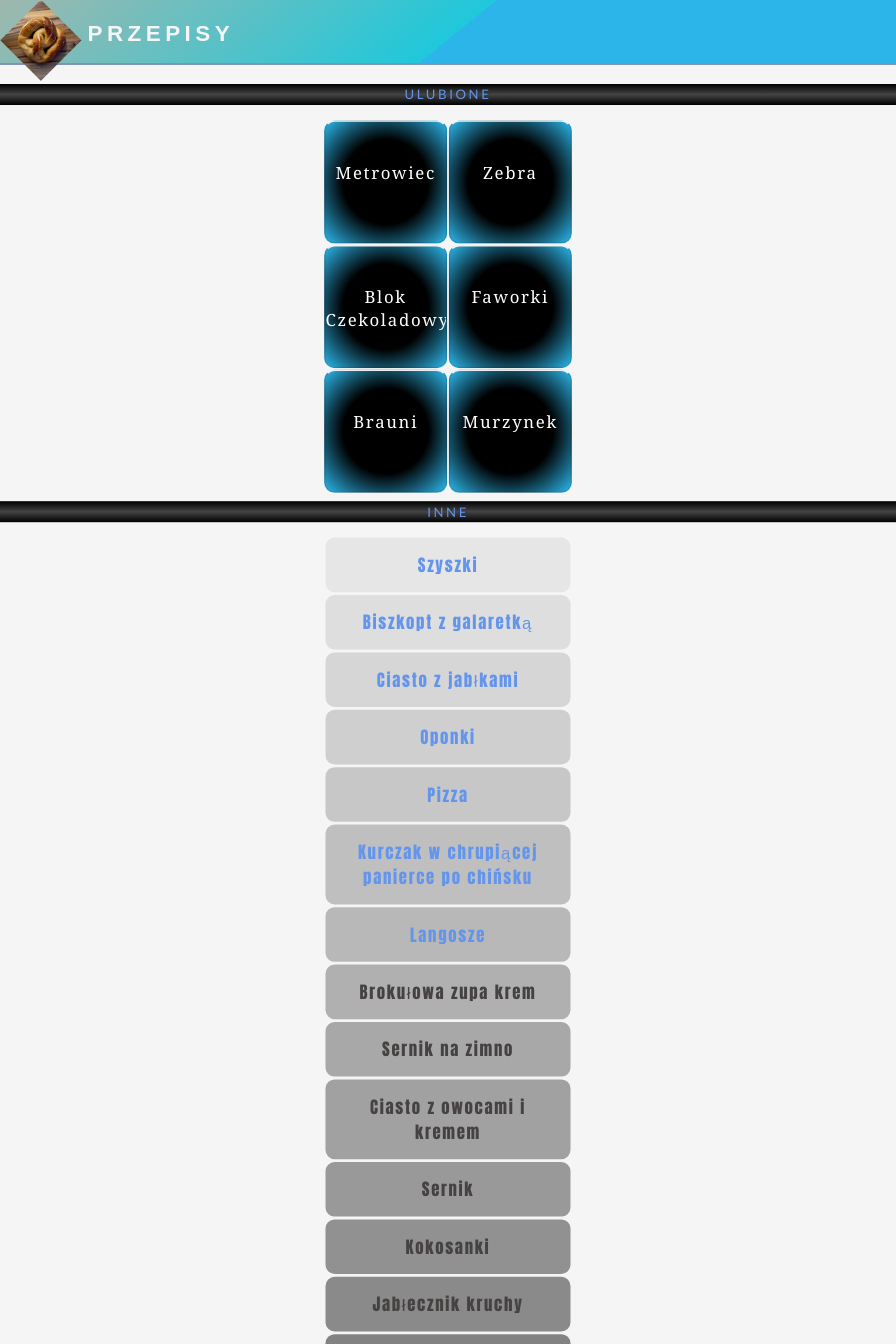
Repository: yaoayh/przepisy
Page: index.html
The author's editor kept a copy of each file at every save. The page is drawn from the files as they stood at one save, then again after the next save.
The browser window is 1280 px wide. The pictures show the part of the page from y = 0 to 1920 px (the page is 3147 px tall), at 70% of full size.

Above is the page before, as saved 2020-08-14 01:09:04.

After the next save:
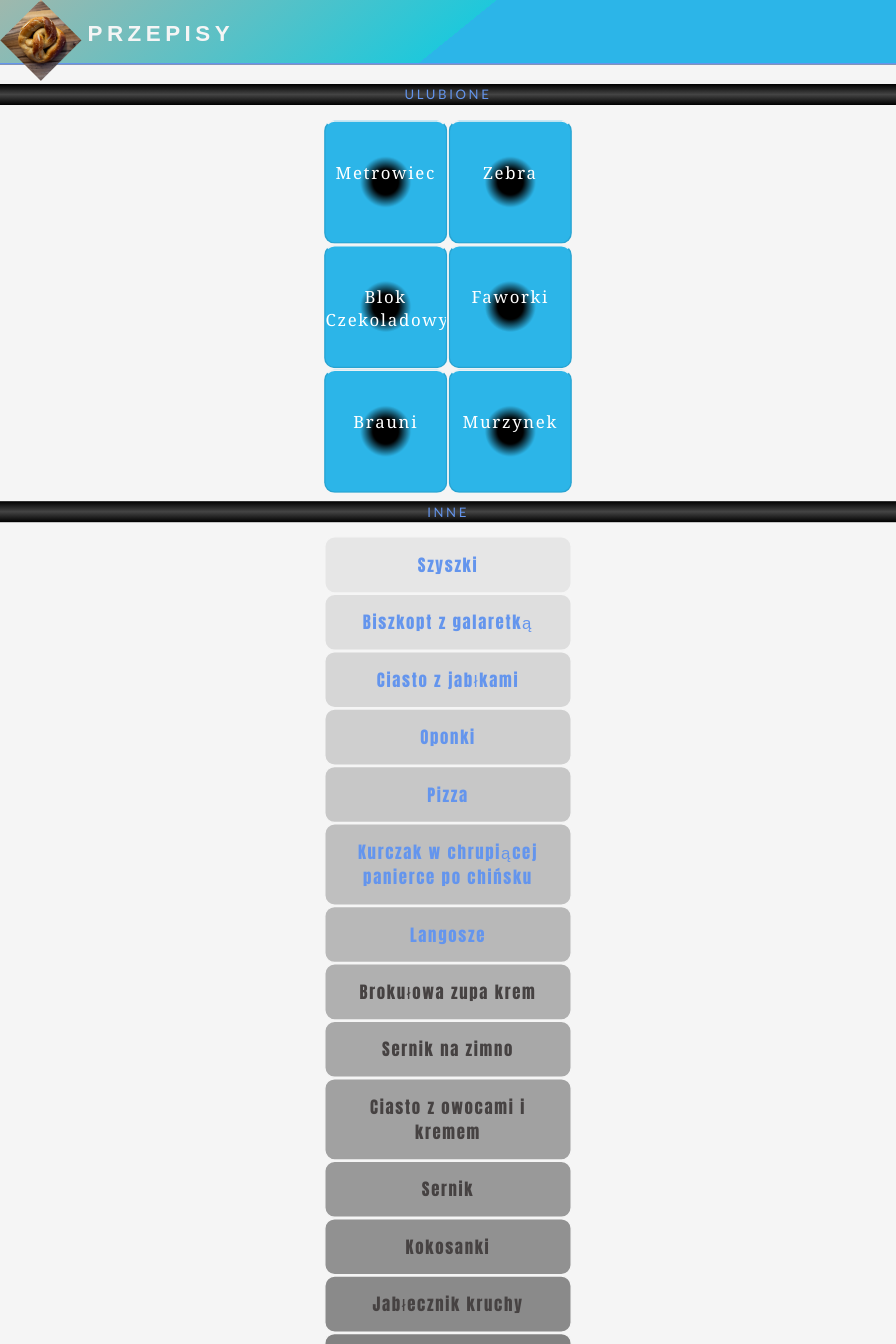
Saved 4 s later.
--- a/css/styles.css
+++ b/css/styles.css
@@ -80,7 +80,7 @@
     height: 172px;
     background-image: linear-gradient(whitesmoke, black);
     background-image: linear-gradient(white, black, black);
-    background-image: radial-gradient(circle,black,black,#2cb5e8 100%);
+    background-image: radial-gradient(circle,black,black,#2cb5e8 30%);
     color: white;
     overflow: auto;
     border: 2px solid rgba(0, 0, 0, .1);

After the save that followed:
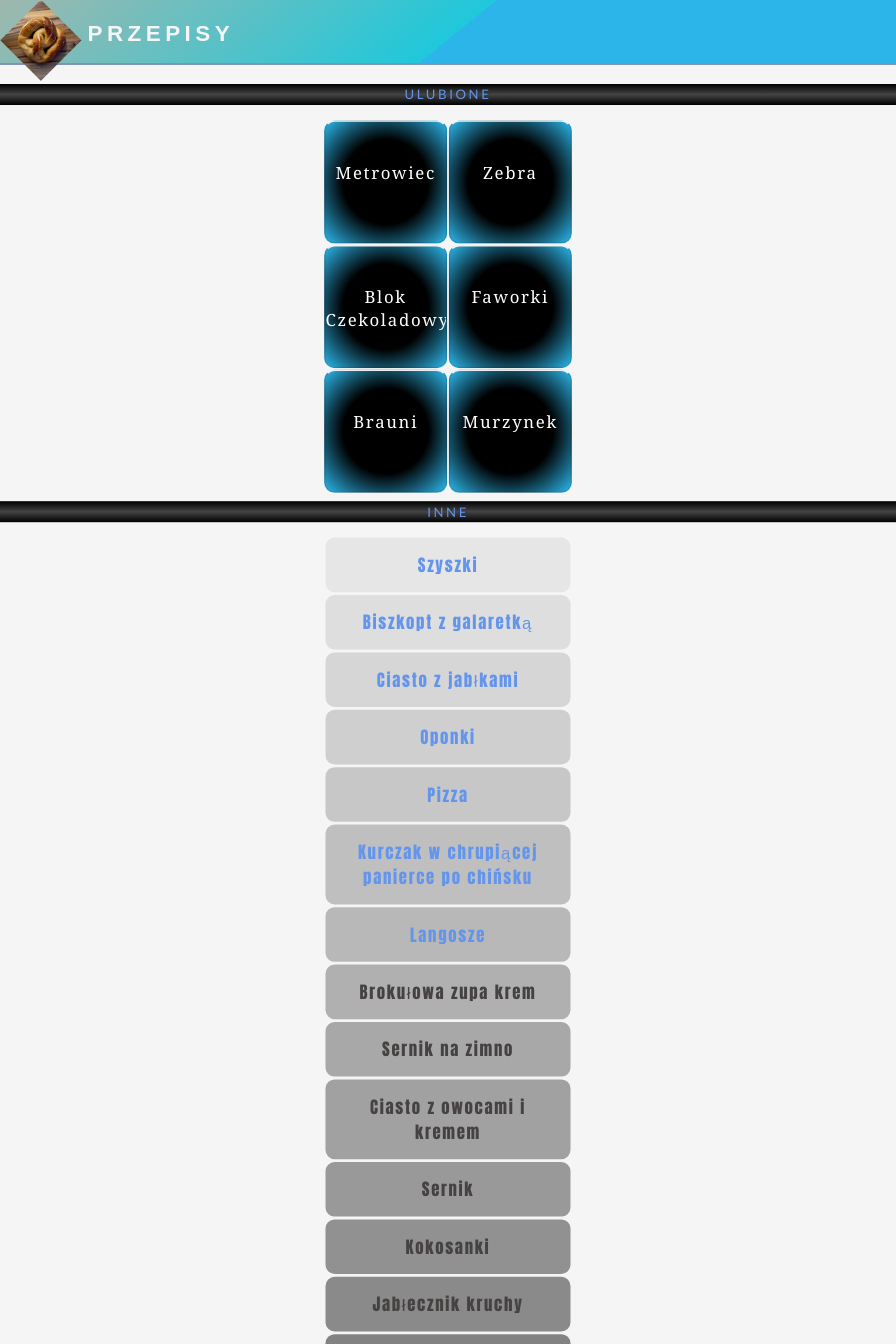
Saved 5 s later.
--- a/css/styles.css
+++ b/css/styles.css
@@ -80,7 +80,7 @@
     height: 172px;
     background-image: linear-gradient(whitesmoke, black);
     background-image: linear-gradient(white, black, black);
-    background-image: radial-gradient(circle,black,black,#2cb5e8 30%);
+    background-image: radial-gradient(circle,black,black,#2cb5e8 );
     color: white;
     overflow: auto;
     border: 2px solid rgba(0, 0, 0, .1);
